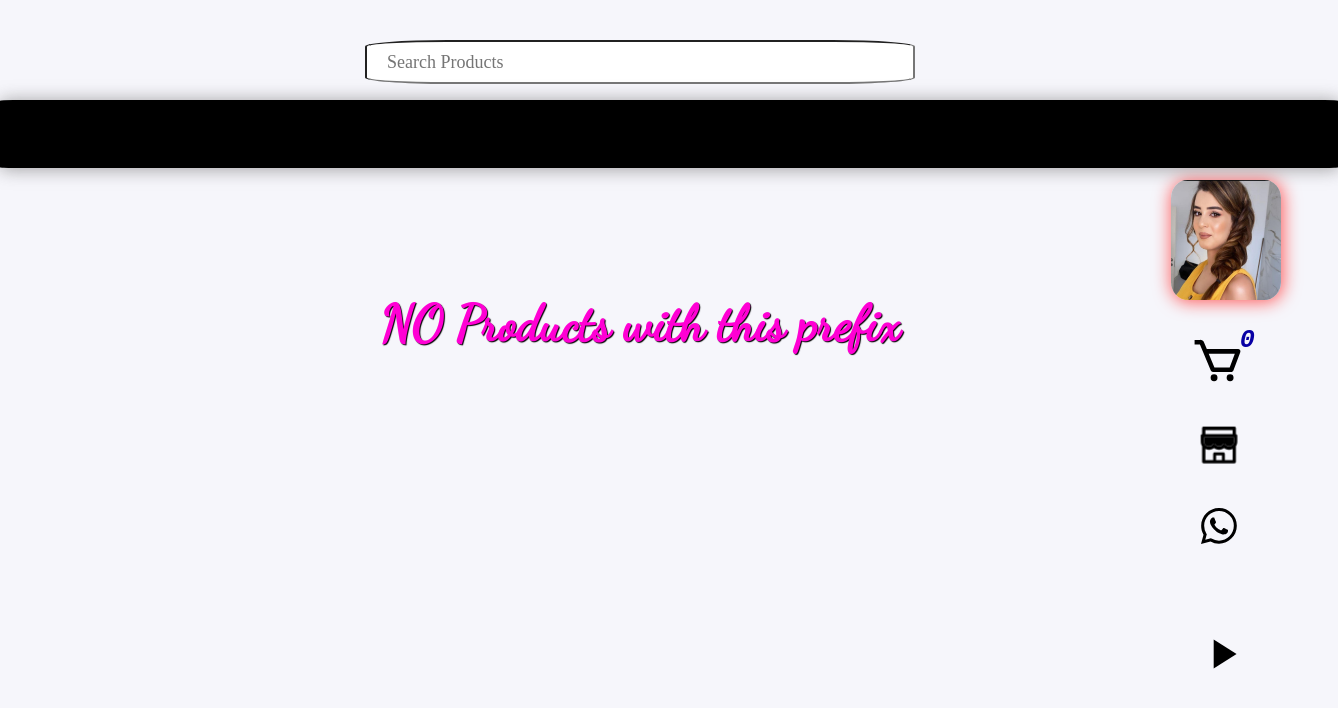
Repository: rehamAbass/BeautyCareShop
Page: /
These files come from the project's save history. The page is drawn as it stood at one moment and after the next save; the edit follows.
The browser window is 1280 px wide. The page is 1338 px wide, so the pictures cover 1338 px, including what lies to the right of the window. The pictures show the whole page.
The page's requests for data from a server got no answer. Some web fonts or font styles are not loaded; a fallback is used. The project was rebuilt for these pictures with package versions that can differ from the ones it lists, and the page was loaded fresh each time. No one was signed in, and anything a server would have sent is missing. Also part of the build but not shown: src/components/allProducts/prod/card.css, src/components/allProducts/prod/card.component.jsx, src/components/myCart/myCart.css, src/components/myCart/cartProduct/cartProduct.css, src/components/myCart/cartProduct/cartProduct.jsx, src/components/myCart/myCart.jsx. Imported but missing from the stored project, and not drawn on this page: src/components/header/music/ed.mp3.

Above is the page before, as saved 2022-06-08 13:30:49.

### public/index.html
<!DOCTYPE html>
<html lang="en">
  </style>
  <head>
    <meta charset="utf-8" />
    <link rel="icon" href="" />
    <meta name="viewport" content="width=device-width, initial-scale=1" />
    <meta name="theme-color" content="#000000" />
    <meta
      name="description"
      content="Web site created using create-react-app"
    />
    <link rel="apple-touch-icon" href="" />
    <link rel="manifest" href="%PUBLIC_URL%/manifest.json" />
    <link rel="preconnect" href="https://fonts.googleapis.com">
    <link rel="preconnect" href="https://fonts.gstatic.com" crossorigin>
    <link href="https://fonts.googleapis.com/css2?family=Bigelow+Rules&display=swap" rel="stylesheet">
    <link rel="preconnect" href="https://fonts.googleapis.com">
    <link rel="preconnect" href="https://fonts.gstatic.com" crossorigin>
    <link href="https://fonts.googleapis.com/css2?family=Bigelow+Rules&family=Dancing+Script&display=swap"
      rel="stylesheet">
    <title color:'purble'>BeautyShop💄</title>
  </head>
  <body>

    <div id="root"></div>
  </body>
</html>

<!--
  <video id="video1" loop="" muted="" src="https://prod-streaming-video-msn-com.akamaized.net/aa5cb260-7dae-44d3-acad-3c7053983ffe/1b790558-39a2-4d2a-bcd7-61f075e87fdd.mp4"></video>

 -->

### src/App.js

// import React from 'react'
import CardList from './components/allProducts/card-list.component';
import SearchBox from './components/search-box/search-box.component';
import './App.css'
import axios from "axios";
import React, { Component } from "react";
import Header from './components/header/header.component.jsx'
import { useState, useEffect } from 'react';
import Cart from './components/myCart/myCart.jsx'

const App = () => {
  const [products, setProducts] = useState([]);
  const [cartProducts, setCartProducts] = useState([]);
  const [filteredProducts, setFilteredProducts] = useState(products);
  const [searchString, setSearchString] = useState('');
  const [showCart, setShowCart] = useState(false);
    const [cartCounter, setCartCounter] = useState(0);
      const [Sum, setSum] = useState(0);
      const [imgs, setImgs] = useState([])

  //==========================================================================
  const   getDataFromDB= async ()=> {
    const response = await axios.get("http://localhost:8000/products/");
    setCartProducts(response);
  }
  //===========================================================
  const deleteProd = async (id) => {
    let response = await axios.delete(
      `http://localhost:8000/product/${id}`
    );
  }
  //=============================================================
  const saveProd = async (p) => {
    const response = await axios.post(
      "http://localhost:8000/product",p
    );
  }

   const  updateProd = async (p) => {
    const response = await axios.put(
      "http://localhost:8000/product",p
    );
  }
  //============================================================================
  useEffect(() => {
    fetch('http://makeup-api.herokuapp.com/api/v1/products.json?brand=maybelline')
      .then((res) => res.json())
      .then((users) => {
          users = users.map(user => (
         {id:user.id,
         name:user.name,
         brand:user.brand,
         price:user.price,
        image_link:user.image_link,
         product_link:user.product_link,
         description:user.description,
        rating:user.rating,
         product_type:user.product_type,
          product_api_url:user.product_api_url,
          product_colors:user.product_colors,
        amount:0
         }))


         getDataFromDB();
        setFilteredProducts(users);
        setProducts(users);
        setImgs(users.map((u)=>(u.image_link)));
      })
  }, []); // it runs only one time - no need to call it in each render because [] is empty !!
  //=========================================================================================
  useEffect(() => {
    let filteredgroup = products.filter((p) => p.name.toLowerCase().includes(searchString));
    setFilteredProducts(filteredgroup);
  }, [products, searchString])

  //========================================================================================
  const onSearchChanged = (event) => {
    let input = event.target.value.toLowerCase();
    setSearchString(input);
  }
  //=========================================================================================
  const addProduct=(product)=>{
        let updatePro = cartProducts.filter(p=> p.id === product.id);
     if(updatePro.length>0){
       // it means that YES the product exists before in Cart! just increase the amount of it:
       updatePro = updatePro[0];
       updatePro.amount +=1;
        let newarray = cartProducts.map(p=>( p.id === product.id ? updatePro:p )) ;
        setCartProducts(newarray);
     }else{
        let newProductToAdd = {...product, amount:1};
         setCartProducts([...cartProducts,newProductToAdd ]);
         saveProd(product);
         updateProd();
     }

      }
  //=================================================================================
  //    ,
  const deleteProduct = (product) => {
    let newArr = cartProducts.filter(p => p.id !== product.id);
    setCartProducts(newArr);
    deleteProd(product.id);
  }
 //===================================================================================
   const decreaseProduct=(product)=>{

     if(product.amount >1){
       let update = product;
       update.amount -=1;
        let newarray = cartProducts.map(p=>(p.id === product.id ? update:p )) ;
     setCartProducts(newarray);
     }else{ // amount was  === 1
        let newArr = cartProducts.filter(p=> p.id !== product.id);
         setCartProducts(newArr);
     }
      }
 //===================================================================================
useEffect(()=>{
  console.log("useEffect, cartProduct changes, so counter changes");
  let all =0;
  let summ=0;
  for(let p of cartProducts){
     all = all+p.amount;
    summ = summ+ (p.amount * p.price);
}
    setSum(summ);
    setCartCounter(all);
},[cartProducts]);

//====================================================================================
  useEffect(()=>{
    console.log("open Cart = ",showCart);
  },[showCart])
 //=========================================================================================
const HandleCart =(val)=>{
  setShowCart(val);
}
 const handleSumCount = ()=>{
  setSum(0);
  setCartProducts([]);
  setCartCounter(0);

 }
 //=========================================================================================
  return (
    <div className="App">
      <header className="App-header">
        <Header counter ={cartCounter}
        imgs={imgs}
        handleCart = {HandleCart}/>
        {showCart === false &&
          <div>
           <SearchBox
          className='search-box2'
          searchHandler={onSearchChanged}
          group={filteredProducts}
        />
            <CardList
              group={filteredProducts}
               addProduct={addProduct} />
        </div>

        }
          {(showCart === true) &&
            <Cart sum ={Sum} group={cartProducts}
           addProduct={addProduct}
            deleteProduct={deleteProduct}
            decreaseProduct={decreaseProduct}
              handleSumCount={handleSumCount}
            />
          }
      </header>
    </div>
  )
}

export default App;

### src/components/allProducts/card-list.component.jsx

import './card-list.css'
import Card from './prod/card.component'
import React from 'react'

const CardList = ({ group ,addProduct}) => {
    return (
        <div className='card-list'>
            {group.map((p,i) =>
                (
                    <Card
                    key={i}
                    product={p}
                     addProduct={addProduct}/>
                )
            )
            }
        </div >

    )
}

export default CardList;

### src/components/search-box/search-box.component.jsx

import React from 'react'
import './search-box.css'


const SearchBox = ({ className, placeholder, searchHandler, group }) => {

    return (
        <div className='search-box'>
            <input
                className={className}
                type='search'
                placeholder='Search Products'
                onChange={searchHandler}
                style={{
                     fontStyle:'unset', fontStretch: 'extra-expanded'
                , fontSize:'large', borderRadius:'15%'}}
            />
            {group.length === 0 ?
                <div className='alert2'> NO Products with this prefix </div> : ''}
        </div>
    )
}


export default SearchBox;

### src/App.css
body {
  margin: 0;
  padding: 0;
  font-family: -apple-system, BlinkMacSystemFont, 'Segoe UI', 'Roboto', 'Oxygen',
    'Ubuntu', 'Cantarell', 'Fira Sans', 'Droid Sans', 'Helvetica Neue',
    sans-serif;
    background-color:rgba(192, 190, 228, 0.135);
  -webkit-font-smoothing: antialiased;
  -moz-osx-font-smoothing: grayscale;
  text-align: center;
}



















/* -------------------------------------------------------------------------------------- */

/* .App {
  text-align: center;
}

.App-logo {
  height: 40vmin;
  pointer-events: none;
}

@media (prefers-reduced-motion: no-preference) {
  .App-logo {
    animation: App-logo-spin infinite 20s linear;
  }
}

.App-header {
  background-color: #2d5cba;
  min-height: 100vh;
  display: flex;
  flex-direction: column;
  align-items: center;
  justify-content: center;
  font-size: calc(10px + 2vmin);
  color: white;
}

.App-link {
  color: #61dafb;
}

@keyframes App-logo-spin {
  from {
    transform: rotate(0deg);
  }
  to {
    transform: rotate(360deg);
  }
}

*/

### src/components/header/header.component.jsx
import React from 'react'
import './header.css'
import Music from './music/music.component';
import fatme from './fatme.jpeg'
import CartIcon from './cartIcon/cartIcon.component';
import {BsWhatsapp} from 'react-icons/bs'
import {AiTwotoneShop} from 'react-icons/ai'

const Header = ({counter,imgs, handleCart}) => {
    return (
        <div className='headClass'>
        <div className='imgs'>
            {imgs.map((link, i) => (
               (i<10)&&
                <img
                key={i}
                src={link} alt='prod' />
            ))}
        </div>
            <img className='myImg' src={fatme} alt='me'
            />
               <CartIcon
            counter={counter}
             handleCart={handleCart}
            />
            <AiTwotoneShop
            className='goHome'
                onClick={() => {
                     handleCart(false)}}
            />
            <h4 className='title' >
                <marquee direction='left' loop='2' >Fatima Beauty Care Shop</marquee>
            </h4>


            <Music />


            <a  className='whatsApp'  aria-label="whats"
                target="_blank" rel="noopener"
                href="https://api.whatsapp.com/send?phone=972543656019&text=hello%20Fatima%20from%20your%20BeautyCareShop%20Website%20💄"
              >
              <BsWhatsapp/>
            </a>
        </div>
    )
}

export default Header;

### src/components/allProducts/card-list.css
.card-list {
     width: 1000px;
    margin-left: 9%;
    display: grid;
    grid-template-columns: 10fr 10fr;
    /* grid-gap: 1%; */
    margin-top: 5%;
    margin-bottom:15%;
}

### src/components/search-box/search-box.css
.search-box {
    padding: 10px;
}

.alert2 {
    margin-top: 150px;
    text-align: center;
    padding: 40px;
    color: rgb(255, 0, 212);
    font-size: 50px;
    font-stretch: extra-expanded;
    font-family: 'Dancing Script';
    font-weight: bolder;
    text-shadow: 1px 1px  1px rgb(0, 0, 0);
    transform: scale(1);
}

.search-box2 {
    width: 550px;
    height: 37px;
    margin-top: 9;
    padding: 20px;
    line-height: 30px;
    margin-bottom: 20px;
    color: rgb(0, 0, 0);
    font-weight: 400;
    font-family:serif;

}

### src/components/header/header.css
.title {
    width: 110%;
    position: relative;
    font-size: 46px;
    font-weight: bolder;
    font-family: 'Dancing Script';
 color:rgb(251, 251, 251);
    font-stretch: extra-expanded;
    /* text-shadow: 11px 1px 11px rgb(255, 0, 123); */
    background-color: rgb(0, 0, 0);
     box-shadow: 1px 1px 17px 1px rgba(135, 134, 135, 0.74);
     margin-top: 40px;
     border-radius:1%;
}
.imgs{
    width: 110%;
    position: relative;
    height:60px;
     margin-top: 0px;
}
.goHome{
    color:rgb(0, 0, 0);
     position:fixed;
    margin-left: 47%;
    margin-top:376px;
     transform: scale(2.6);
}
.goHome:hover{
    color:rgb(8, 0, 165);
    transform:scale(3);
}
.whatsApp{
    color:rgb(0, 0, 0);
     position:fixed;
    margin-left: 47%;
    margin-top:290px;
     transform: scale(2);
}
.whatsApp:hover{
  color:rgb(8, 0, 165);

   }
.myImg{
    position:fixed;
    margin-left: 44%;
    margin-top:120px;
    width: 110px;
  height: 120px;
    box-shadow: 1px 1px 17px 1px rgb(255, 88, 88);
    border-radius:15%;
}

.headClass {
    border-radius: 12%;
    width: 95%;
    height: 30px;
    font-size: large;
    /* font-weight: 700; */
    font-style: italic;

}

### src/components/header/music/music.component.jsx
import './music.css'
import { useState, useEffect } from 'react'
import { MdPlayArrow, MdPause } from 'react-icons/md'
import  React  from 'react'
import ed from "./ed.mp3";

const aud = new Audio(ed);

const Music = () => {
    const [flagPlaying, setIsActive] = useState(false);
    const handleClick = (value) => {
        setIsActive(value);
        if (value === true) {
            aud.loop = true;
            aud.play();
        } else {
            aud.pause();
            aud.loop = false;
        }
    }

    return (<div className='myAudio'>
        {(flagPlaying === false) &&
            <MdPlayArrow
                className='btnAudio'
                onClick={() => {
                    if (flagPlaying === false) {
                        handleClick(true);
                    }
                }}
            />
        }
        {(flagPlaying === true) &&
            <MdPause
                className='btnAudio'
                style={{color:'black'}}
                onClick={() => {
                    if (flagPlaying === true) {
                        handleClick(false);
                    }
                }}
            />
        }
    </div>
    )
}


export default Music;

### src/components/header/cartIcon/cartIcon.component.jsx
import React from 'react'
import './cart.css'
import { BiCart } from "react-icons/bi";


const CartIcon = ({ counter,handleCart}) => {

    return (
        <div className='cart-container'>
            <span className='counter'>{counter}</span>
            <BiCart
                    className='cartIcon'
                    onClick={() => {
                      handleCart(true);
                     }}
                />
        </div>
    )
}
export default CartIcon;

### src/components/header/music/music.css
.myAudio {}

.btnAudio {
    width:  50px;
    height: 50px;
    position:fixed;
    margin-left: 46%;
    margin-top: 400px;
    color:rgb(0, 0, 0);
    border-radius: 90%;
}

.btnAudio:hover {
   color : rgb(8, 0, 165);
    transform: scale(1.125);
    box-shadow: 1px 1px 10px 2px  rgb(0, 102, 255);
}

### src/components/header/cartIcon/cart.css
.cartIcon{
     position:fixed;
    width:55px;
    height:55px;
    color:rgb(0, 0, 0);
    margin-top:1%;
    /* transform: translateZ(-1);
    transition: transform 0.25s ease-out; */
}
.cartIcon:hover{
    transform:scale(1.12);
    color:rgb(8, 0, 165);
}
.cart-container{
    position:fixed;
    margin-left: 93%;
    margin-top: 260px;
}
.cart-container:hover{
    color:rgb(0, 0, 0);
 /* transform: scale(1); */
 cursor: pointer;
}
.counter{
    font-size:large;
    font-family:'Courier New', Courier, monospace;

    color:rgb(8, 0, 165);
    font-weight:bolder;
    text-align: right;
      transform: scale(1.4);
    text-shadow: 2px 2px 12px 12px rgb(0, 0, 0);
    position: fixed;
    margin-left: 4%;
    margin-top:0.8%;
}

Loaded but not shown: src/index.js (common file); src/index.css (common file)

After the next save:
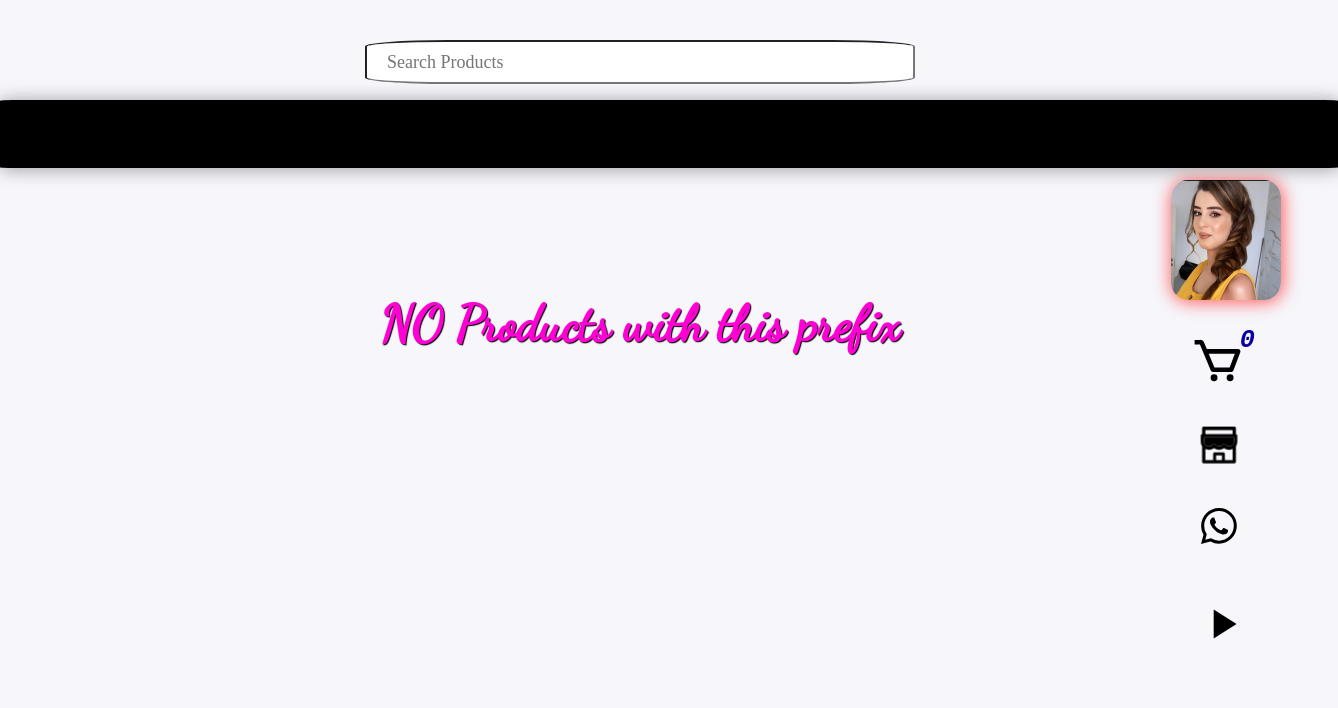
Saved 12 s later.
--- a/src/components/header/music/music.css
+++ b/src/components/header/music/music.css
@@ -5,7 +5,7 @@
     height: 50px;
     position:fixed;
     margin-left: 46%;
-    margin-top: 400px;
+    margin-top: 370px;
     color:rgb(0, 0, 0);
     border-radius: 90%;
 }
